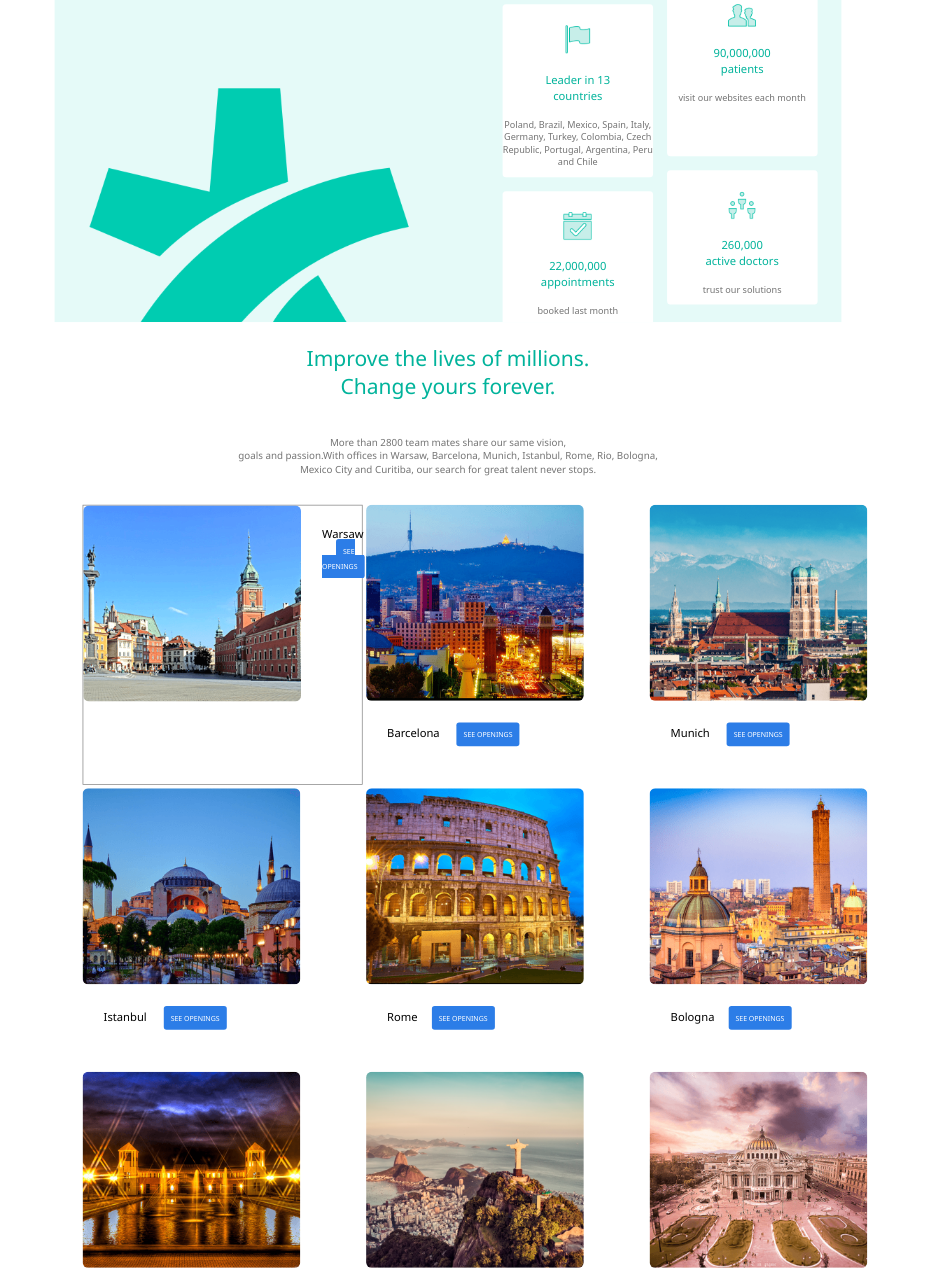
Repository: awa-creator/Checkpoint4
Page: doc.html
An editor plug-in stored every save of this project. The page is shown before and after the next save, followed by the edit.
The browser window is 1280 px wide. The page is 1328 px wide, so the pictures cover 1328 px, including what lies to the right of the window. The pictures show the part of the page from y = 1093 to 2933 px (the page is 3634 px tall), at 70% of full size.

Above is the page before, as saved 2024-09-24 23:49:20.

After the next save:
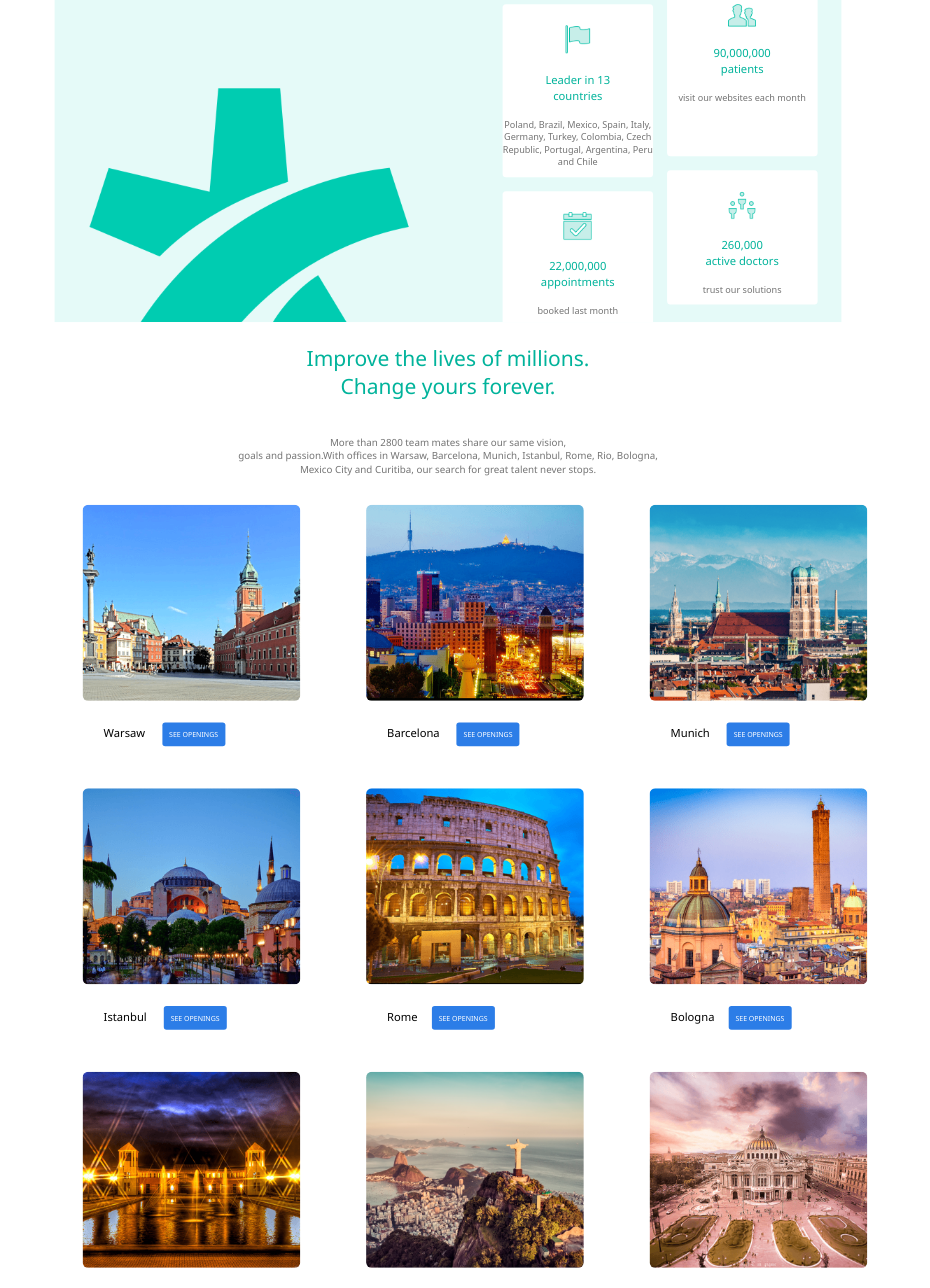
Saved 98 s later.
--- a/style1.css
+++ b/style1.css
@@ -307,11 +307,7 @@
     padding: 10px;
 
 }
-.country1{
-    display: flex;
-    border: 1px solid gray;
-
-}
+
 .conclu{
 font-size: 30px ;
 }
